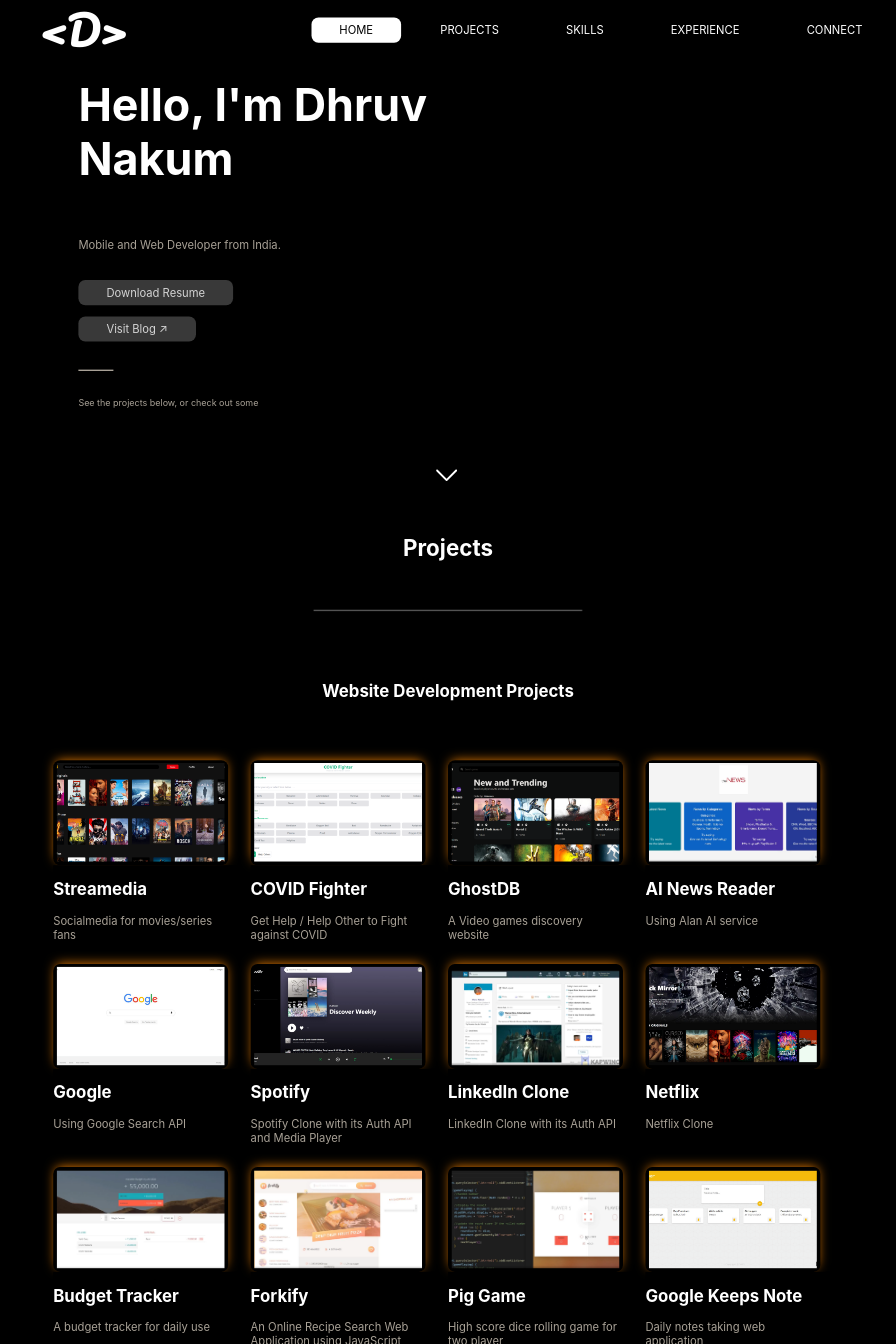
Repository: red-star25/next-portfolio
Page: /
An editor plug-in stored every save of this project. The page is shown before and after the next save, followed by the edit.
The browser window is 1280 px wide. The pictures show the part of the page from y = 0 to 1920 px (the page is 5386 px tall), at 70% of full size.
The project was rebuilt for these pictures with package versions that can differ from the ones it lists, and the page was loaded fresh each time. The framework's server and built-in components were replaced by stand-ins that run in the browser.

Above is the page before, as saved 2023-11-06 11:22:01.

After the next save:
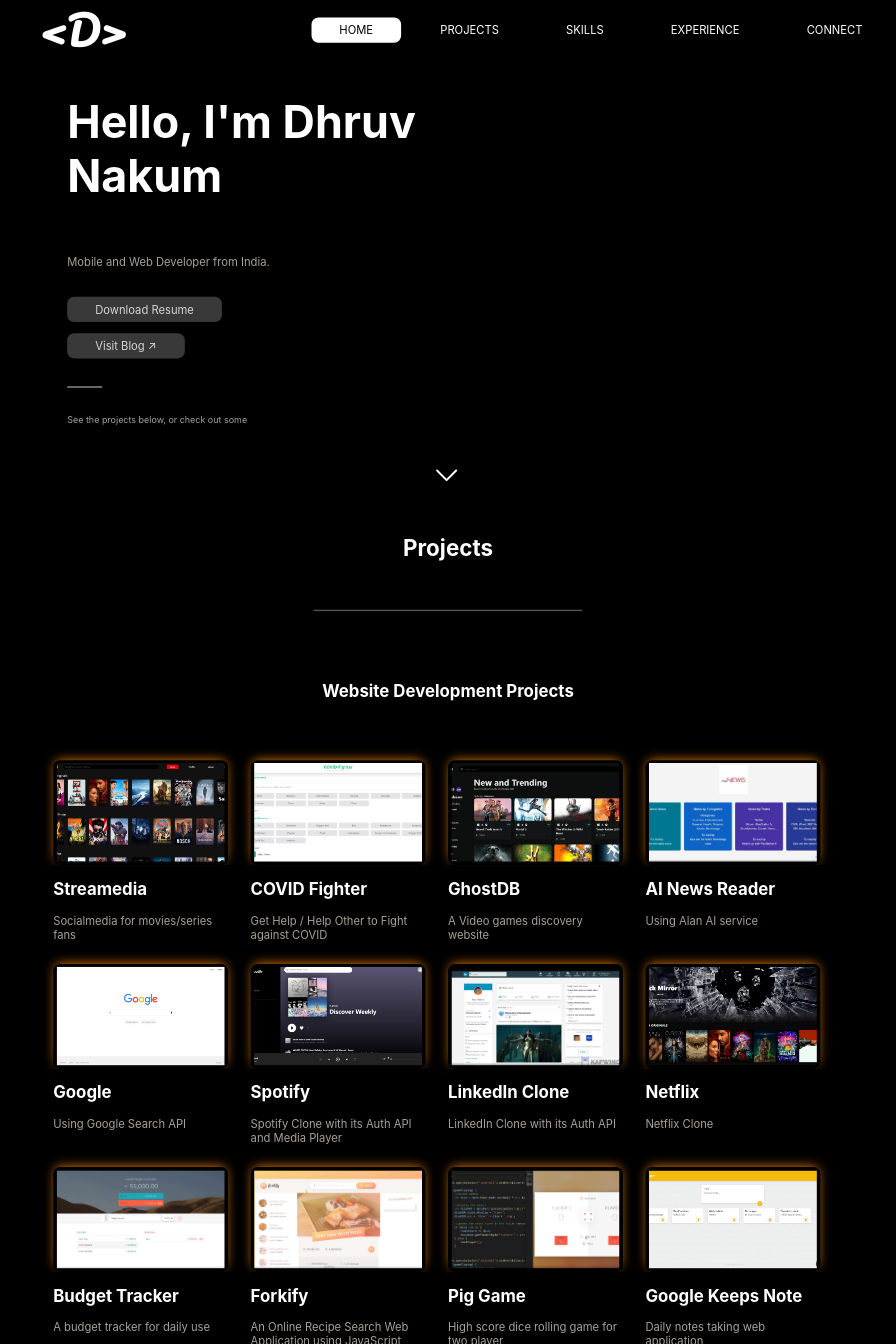
Saved 5 s later.
--- a/styles/Home.module.css
+++ b/styles/Home.module.css
@@ -1,5 +1,5 @@
 .home {
-  margin: 2em 0em 0em 6em;
+  margin: 5em 0em 0em 5em;
   padding: 1em;
   display: flex;
   height: 100%;
